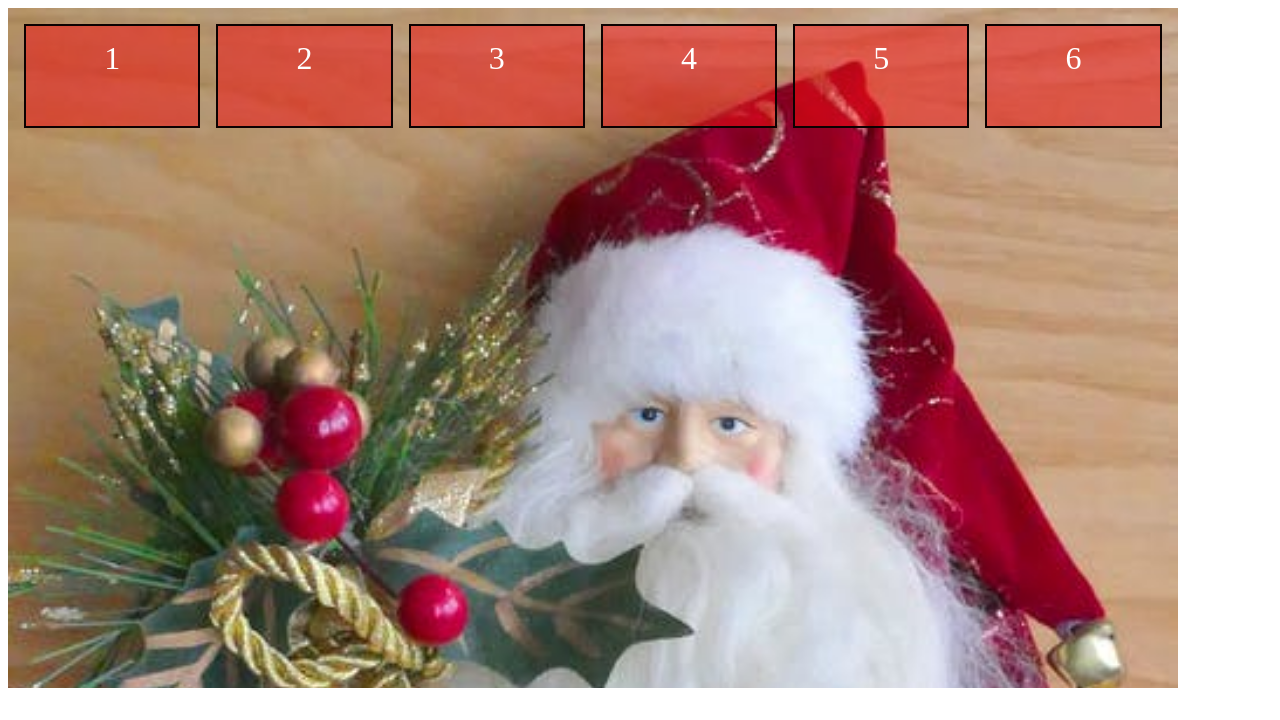
Repository: hindrik40/julprogram-js
Page: advent.html
These files come from the project's save history. The page is drawn as it stood at one moment and after the next save; the edit follows.
The browser window is 1280 px wide. The pictures show the whole page.

Above is the page before, as saved 2021-12-14 11:01:56.

After the next save:
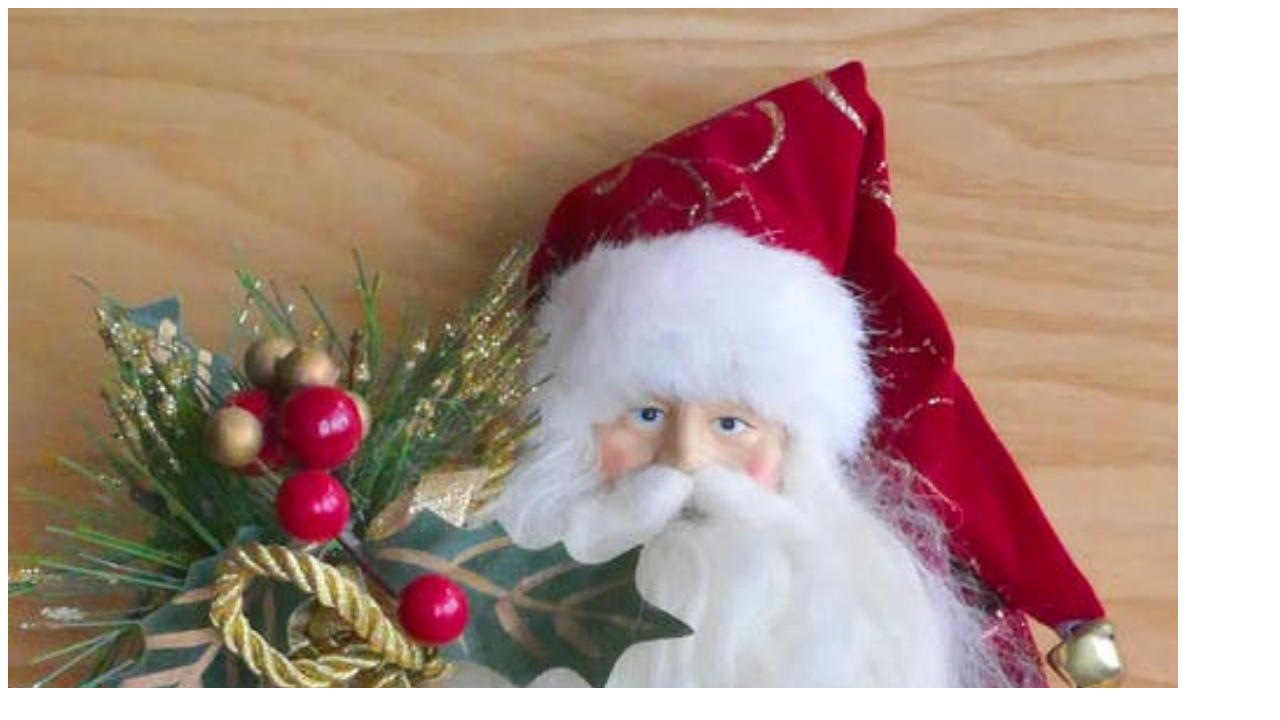
Console error: SyntaxError: Unexpected end of input
Saved 20 s later.
--- a/advent.js
+++ b/advent.js
@@ -30,5 +30,5 @@
         //visa bilden som backgrund
         //!Kontrolera att endast div element kan byta egenskaper
         if(event.target.nodeName === "DIV"){
-        EventTarget.style.backgroundImage = "url(" + image + ")";}
+        EventTarget.style.backgroundImage = "url(" + image + ")";
     };

After the 2 saves that followed:
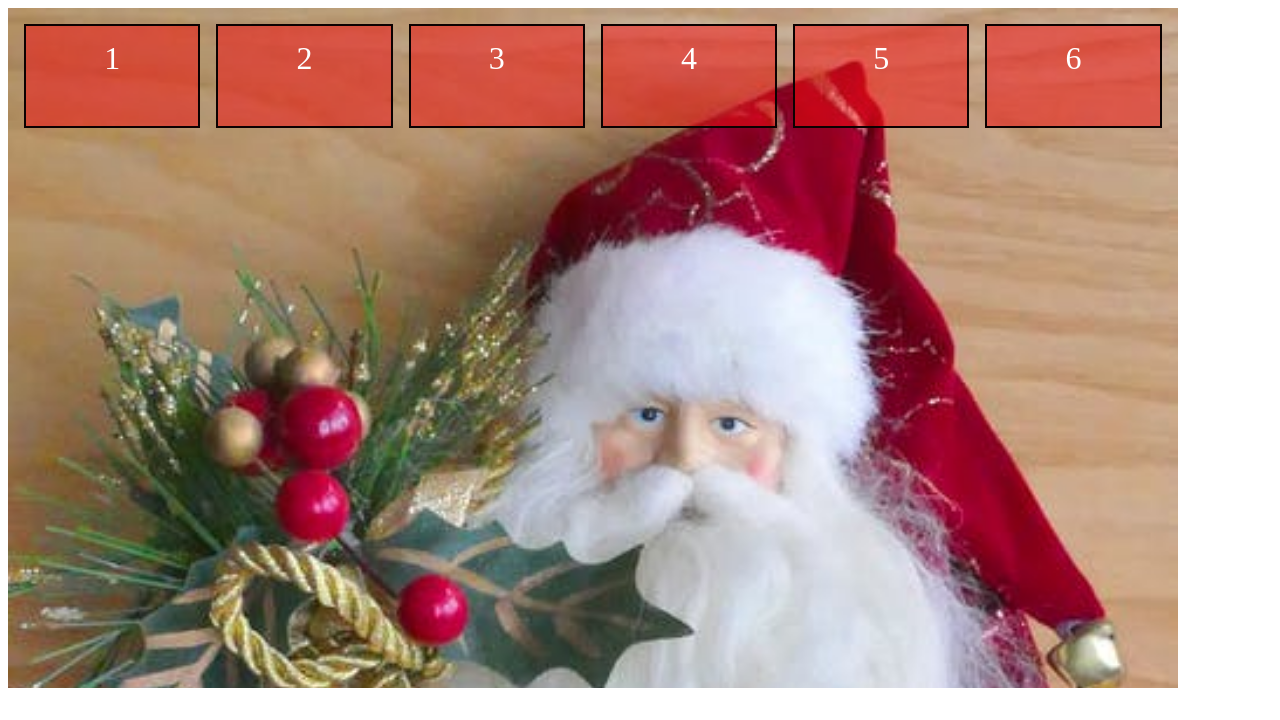
The error is gone.
The 2 saves are shown as one change because 1 left the picture as it was.
The last was saved 40 s later.
--- a/advent.js
+++ b/advent.js
@@ -32,3 +32,5 @@
         if(event.target.nodeName === "DIV"){
         EventTarget.style.backgroundImage = "url(" + image + ")";
     };
+
+    };
